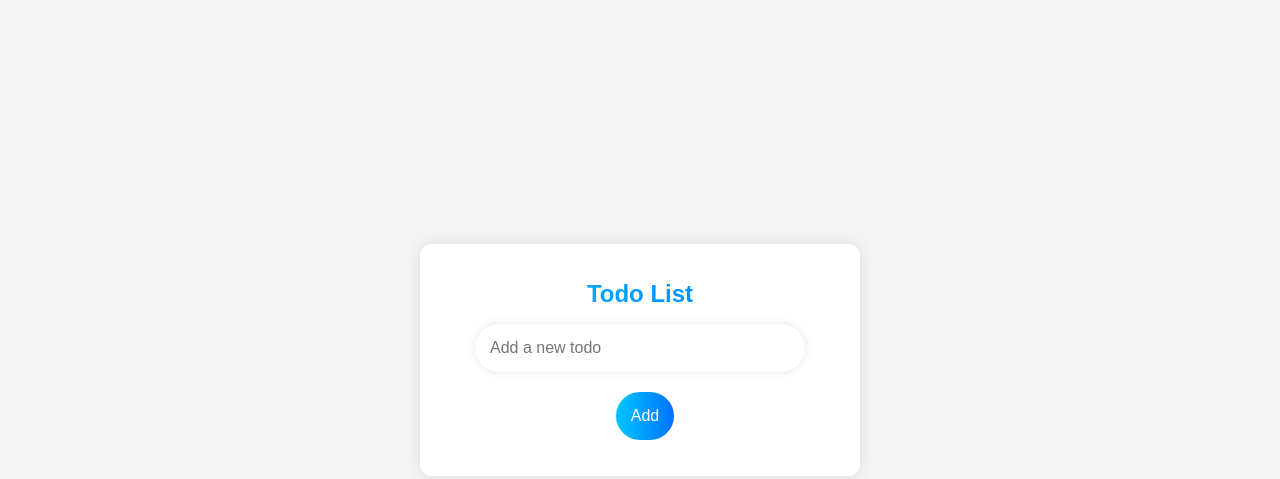
Repository: bianphang/todo-list_vanilla-js
Page: index.html
These files come from the project's save history. The page is drawn as it stood at one moment and after the next save; the edit follows.
The browser window is 1280 px wide. The pictures show the whole page.

Above is the page before, as saved 2024-06-09 12:46:18.

After the next save:
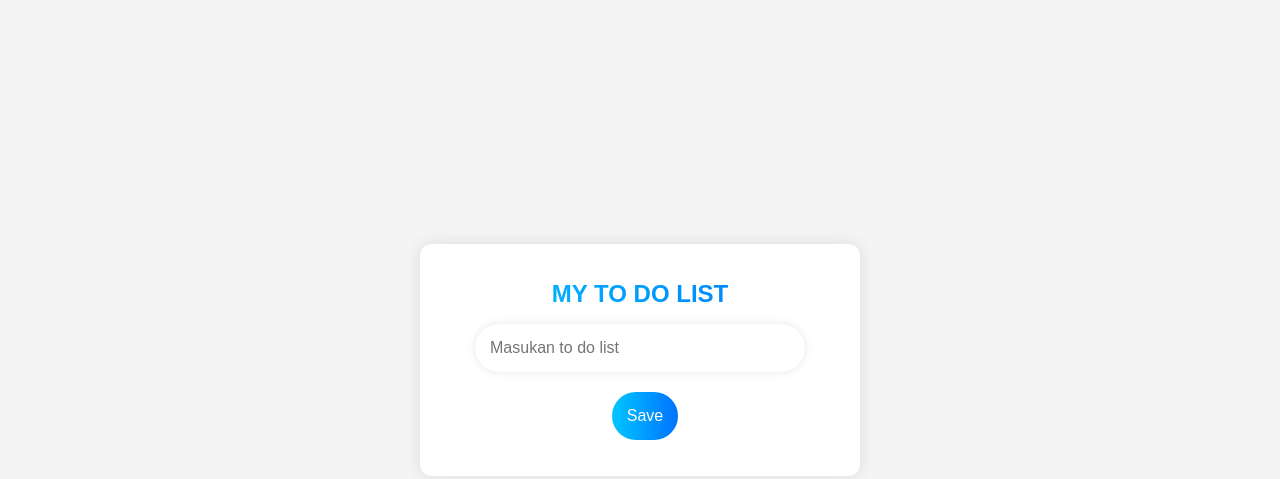
Saved 8 s later.
--- a/index.html
+++ b/index.html
@@ -8,9 +8,9 @@
   </head>
   <body>
     <div class="container">
-      <h1>Todo List</h1>
-      <input type="text" id="todo-input" placeholder="Add a new todo" />
-      <button id="add-btn">Add</button>
+      <h1>MY TO DO LIST</h1>
+      <input type="text" id="todo-input" placeholder="Masukan to do list" />
+      <button id="add-btn">Save</button>
       <ul id="todo-list"></ul>
     </div>
     <script src="script.js"></script>
